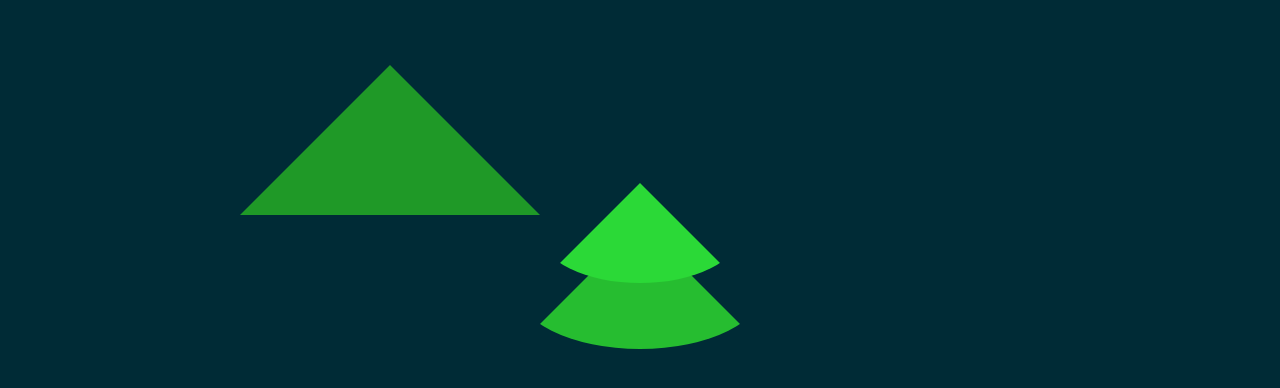
Repository: supakorn5039-boon/Christmas
Page: index.html
These files come from the project's save history. The page is drawn as it stood at one moment and after a run of saves; the edit follows.
The browser window is 1280 px wide. The pictures show the whole page.

Above is the page before, as saved 2023-12-25 08:42:55.

After the next 2 saves:
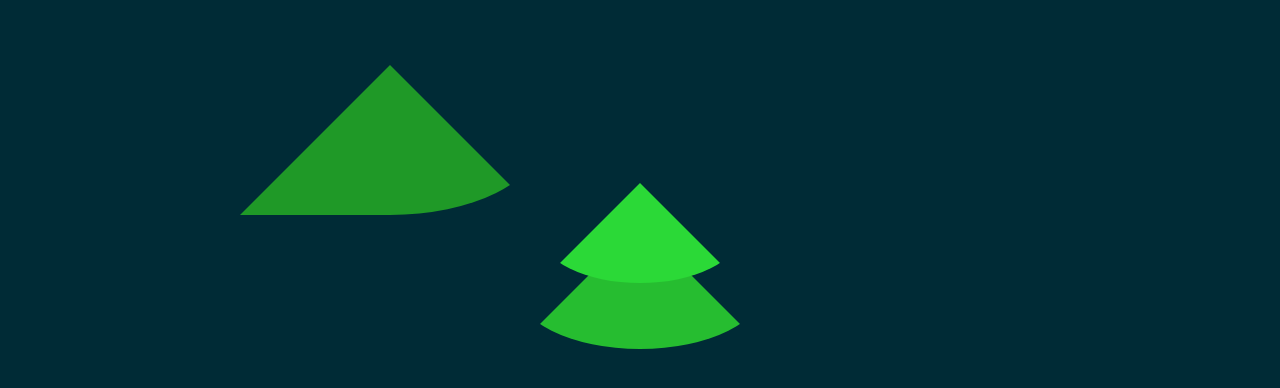
The 2 saves are shown as one change because they came seconds apart.
The last was saved 12 s later.
--- a/styles.css
+++ b/styles.css
@@ -64,5 +64,5 @@
     margin-left: -150px;
     border-right:  150px solid transparent;
     border-left:  150px solid transparent;
-
+    border-bottom-right-radius: 50%;
 }
